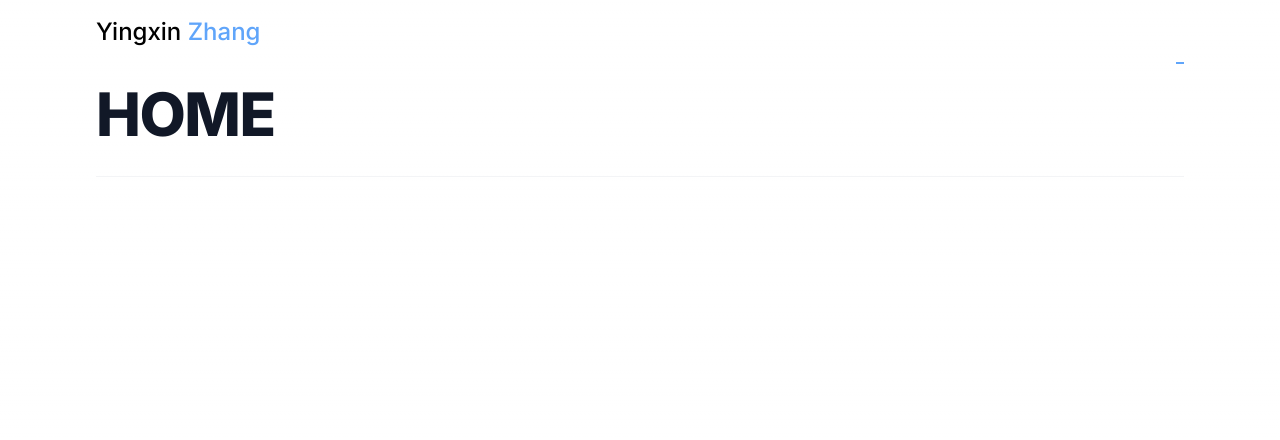
Repository: Tracy-maker/projects_collection
Page: /
An editor plug-in stored every save of this project. The page is shown before and after a run of saves, followed by the edit.
The browser window is 1280 px wide. The pictures show the whole page.
Pictures or frames that could not be fetched are drawn as grey boxes. The project was rebuilt for these pictures with package versions that can differ from the ones it lists, and the page was loaded fresh each time. The framework's server and built-in components were replaced by stand-ins that run in the browser. Also part of the build but not shown: next.config.js.

Above is the page before, as saved 2023-09-14 17:15:23.

### app/layout.tsx
import "./globals.css";
import type { Metadata } from "next";
import { Inter } from "next/font/google";
import Navbar from "./components/NavBar";

const inter = Inter({ subsets: ["latin"] });

export const metadata: Metadata = {
  title: "Create Next App",
  description: "Generated by create next app",
};

export default function RootLayout({
  children,
}: {
  children: React.ReactNode;
}) {
  return (
    <html lang="en">
      <body
        className={`${inter.className} bg-white text-black dark:bg-[#090908] dark:text-white h-full selection:bg-gray-500 dark:selection:bg-gray-800`}
      >
        <Navbar />
        <main className="max-w-6xl mx-auto px-6 sm:px-8 lg:px-8">
          {children}
        </main>
      </body>
    </html>
  );
}

### app/page.tsx
import Image from "next/image";
import myImage from "../utils/1.png";

export default function Home() {
  return (
    <div className="divide-y divide-gray-100 dark:divide-gray-700">
      <div className="space-y-2 pt-5 pb-8 md:space-x-5">
        <h1 className="text-3xl font-extrabold leading-9 tracking-tight text-gray-900 dark:text-gray-100 sm:text-4xl sm:leading-10 md:text-6xl md:leading-13">
          HOME
        </h1>
      </div>
      <div className="items-center space-y-2 xl:grid xl:grid-cols-3 xl:gap-x-8 xl:space-y-0">
        <div className="flex flex-col items-center pt-8">
          <Image
            alt="picture of my"
            src=""
            width={1260}
            height={750}
            className="h-48 w-48 rounded-full object-cover object-top"
          />
        </div>
      </div>
    </div>
  );
}

### app/components/NavBar.tsx
"use client";

import Link from "next/link";
import { usePathname } from "next/navigation";

export default function Navbar() {
  let pathname = usePathname() || "/";
  return (
    <div className="max-w-6xl mx-auto px-4 sm:px-6 lg:px-8">
      <div className="flex justify-between h-16">
        <div className="flex justify-between w-full">
          <div className="flex items-center">
            <Link href="/">
              <h1 className="text-2xl font-medium">
                Yingxin <span className="text-blue-400">Zhang</span>
              </h1>
            </Link>
          </div>

          <div className="hidden sm:ml-6 sm:flex sm:space-x-8 sm:items-center">
            <Link
              href="/"
              prefetch
              className={`${
                pathname === "/"
                  ? "border-blue-400 dark:text-white h-full inline-flex items-center px-1 pt-1 border-b-2 text-sm font-medium"
                  : "border-transparent text-gray-500 dark:text-gray-300 dark:hover:text-white inline-flex items-center px-1 pt-1 border-b-2 text-sm font-medium"
              }`}
            ></Link>
          </div>
        </div>
      </div>
    </div>
  );
}

Loaded but not shown: app/globals.css (common file); tailwind.config.ts (common file)

After the next 2 saves:
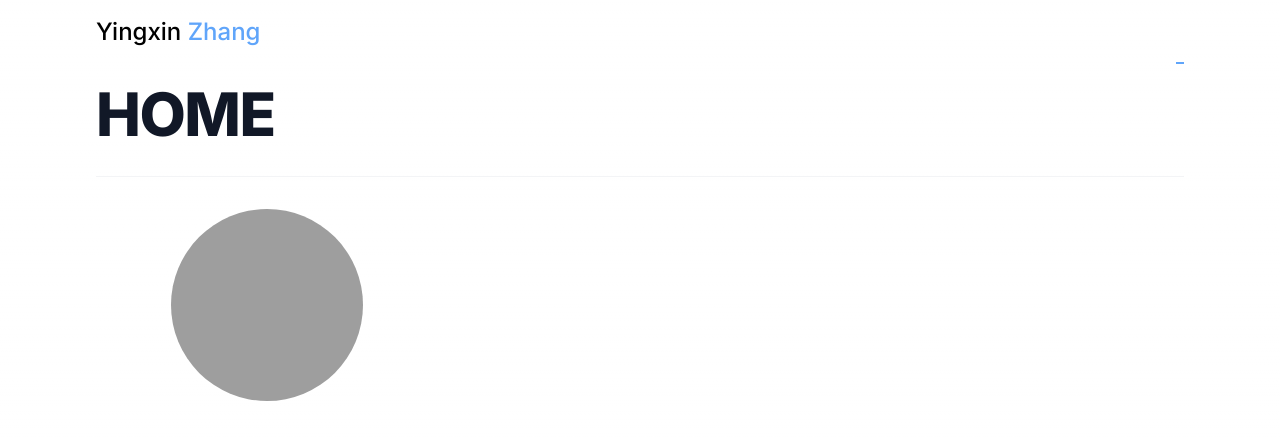
The 2 saves are shown as one change because they came seconds apart.
The last was saved 13 s later.
--- a/app/page.tsx
+++ b/app/page.tsx
@@ -13,7 +13,7 @@ export default function Home() {
         <div className="flex flex-col items-center pt-8">
           <Image
             alt="picture of my"
-            src=""
+            src={myImage}
             width={1260}
             height={750}
             className="h-48 w-48 rounded-full object-cover object-top"
